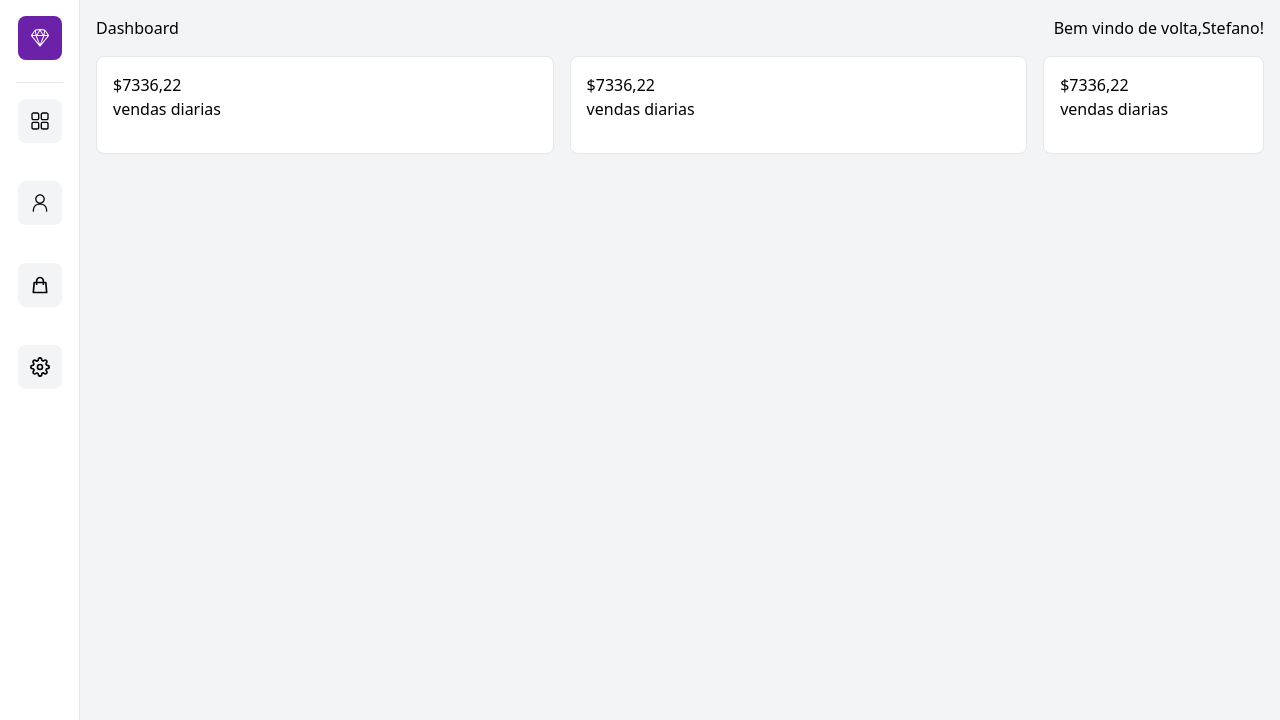
Repository: stefanosousaa/dashboard-next13
Page: /
An editor plug-in stored every save of this project. The page is shown before and after the next save, followed by the edit.
The browser window is 1280 px wide. The pictures show the whole page.
The project was rebuilt for these pictures with package versions that can differ from the ones it lists, and the page was loaded fresh each time. The framework's server and built-in components were replaced by stand-ins that run in the browser. Also part of the build but not shown: next.config.js.

Above is the page before, as saved 2023-05-11 23:21:05.

### pages/_app.js
import Sidebar from '@/components/Sidebar'
import '@/styles/globals.css'

export default function App({ Component, pageProps }) {
  return (
    <Sidebar>
        <Component {...pageProps} />
    </Sidebar>

  )
}

### pages/index.js
import TopCards from '@/components/TopCards';
import Header from '../components/Header';
import Head from 'next/head';
import Image from 'next/image';

export default function Home() {
  return (
    <>
      <Head>
        <title>Create Next App</title>
        <meta name="description" content="Generated by create next app" />
        <meta name="viewport" content="width=device-width, initial-scale=1" />
        <link rel="icon" href="/favicon.ico" />
      </Head>

      <main className='bg-gray-100 min-h-screen'>
        <Header/>
        <TopCards/>
      </main>

    </>
  );
};

### components/Sidebar.jsx
import Link from 'next/link'
import Image from 'next/image'
import React from 'react'
import {RxSketchLogo,RxDashboard, RxPerson} from 'react-icons/rx'
import {FiSettings} from 'react-icons/fi'
import {HiOutlineShoppingBag} from 'react-icons/hi'

const Sidebar = ({children}) => {
  return (
    <div className='flex'>
        <div className='fixed w-20 h-screen p-4 bg-white border-r-[1px] flex flex-col justify-between'>
        <div className='flex flex-col items-center'>

          <Link href='/'>
            <div className='bg-purple-800 text-white p-3 rounded-lg inline-block'>
              <RxSketchLogo size={20}/>
            </div>
          </Link>
          <span className='border-b-[1px] border-gray-200 w-full p-2'></span>
          <Link href='/'>
            <div className='bg-gray-100 hover:bg-gray-200 cursor-pointer my-4 p-3 rounded-lg inline-block'>
              <RxDashboard size={20}/>
            </div>
          </Link>
          <Link href='/costumerd'>
            <div className='bg-gray-100 hover:bg-gray-200 cursor-pointer my-4 p-3 rounded-lg inline-block'>
              <RxPerson size={20}/>
            </div>
          </Link>
          <Link href='/orders'>
            <div className='bg-gray-100 hover:bg-gray-200 cursor-pointer my-4 p-3 rounded-lg inline-block'>
              <HiOutlineShoppingBag size={20}/>
            </div>
          </Link>
          <Link href='/'>
            <div className='bg-gray-100 hover:bg-gray-200 cursor-pointer my-4 p-3 rounded-lg inline-block'>
              <FiSettings size={20}/>
            </div>
          </Link>
        </div>
        </div>

        <main className='ml-20 w-full'>{children}</main>
    </div>
  )
}

export default Sidebar

### components/TopCards.jsx
import React from 'react'

const TopCards = () => {
  return (
    <div className='grid lg:grid-cols-5 gap-4 p-4'>
        <div className='lg:col-span-2 col-span-1 bg-white flex justify-between w-full border p-4 rounded-lg'>
           <div className='flex flex-col w-full pb-4'>
            <p>$7336,22</p>
            <p>vendas diarias</p>
           </div>
        </div>
        <div className='lg:col-span-2 col-span-1 bg-white flex justify-between w-full border p-4 rounded-lg'>
           <div className='flex flex-col w-full pb-4'>
           <p>$7336,22</p>
            <p>vendas diarias</p>
           </div>
        </div>
        <div className='bg-white flex justify-between w-full border p-4 rounded-lg'>
           <div className='flex flex-col w-full pb-4'>
           <p>$7336,22</p>
            <p>vendas diarias</p>
           </div>
        </div>
    </div>
  )
}

export default TopCards

### components/Header.jsx
import React from 'react'

const Header = () => {
  return (
    <div className='flex justify-between px-4 pt-4'>
        <h2>Dashboard</h2>
        <h2>Bem vindo de volta,Stefano!</h2>
    </div>
  )
}

export default Header

Loaded but not shown: pages/_document.js (common file); pages/api/hello.js (common file); styles/globals.css (common file); tailwind.config.js (common file)

After the next save:
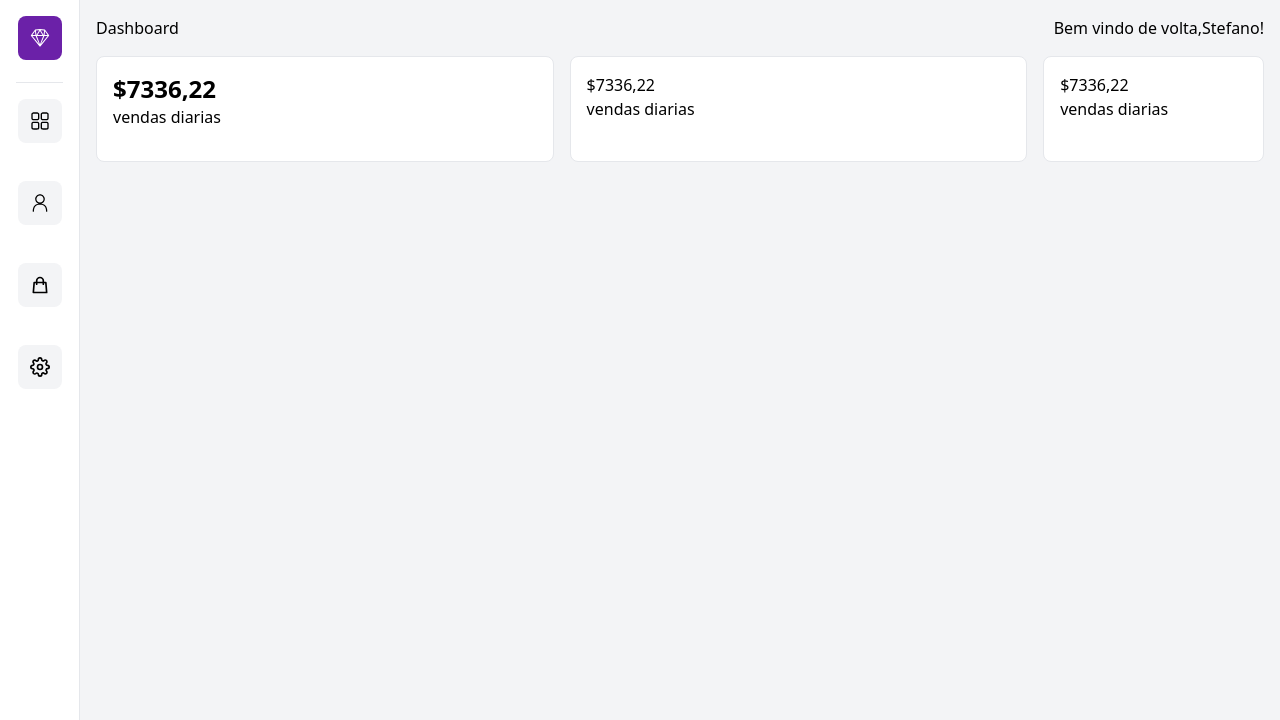
Saved 54 s later.
--- a/components/TopCards.jsx
+++ b/components/TopCards.jsx
@@ -5,7 +5,7 @@ const TopCards = () => {
     <div className='grid lg:grid-cols-5 gap-4 p-4'>
         <div className='lg:col-span-2 col-span-1 bg-white flex justify-between w-full border p-4 rounded-lg'>
            <div className='flex flex-col w-full pb-4'>
-            <p>$7336,22</p>
+            <p className='text-2xl font-bold'>$7336,22</p>
             <p>vendas diarias</p>
            </div>
         </div>
